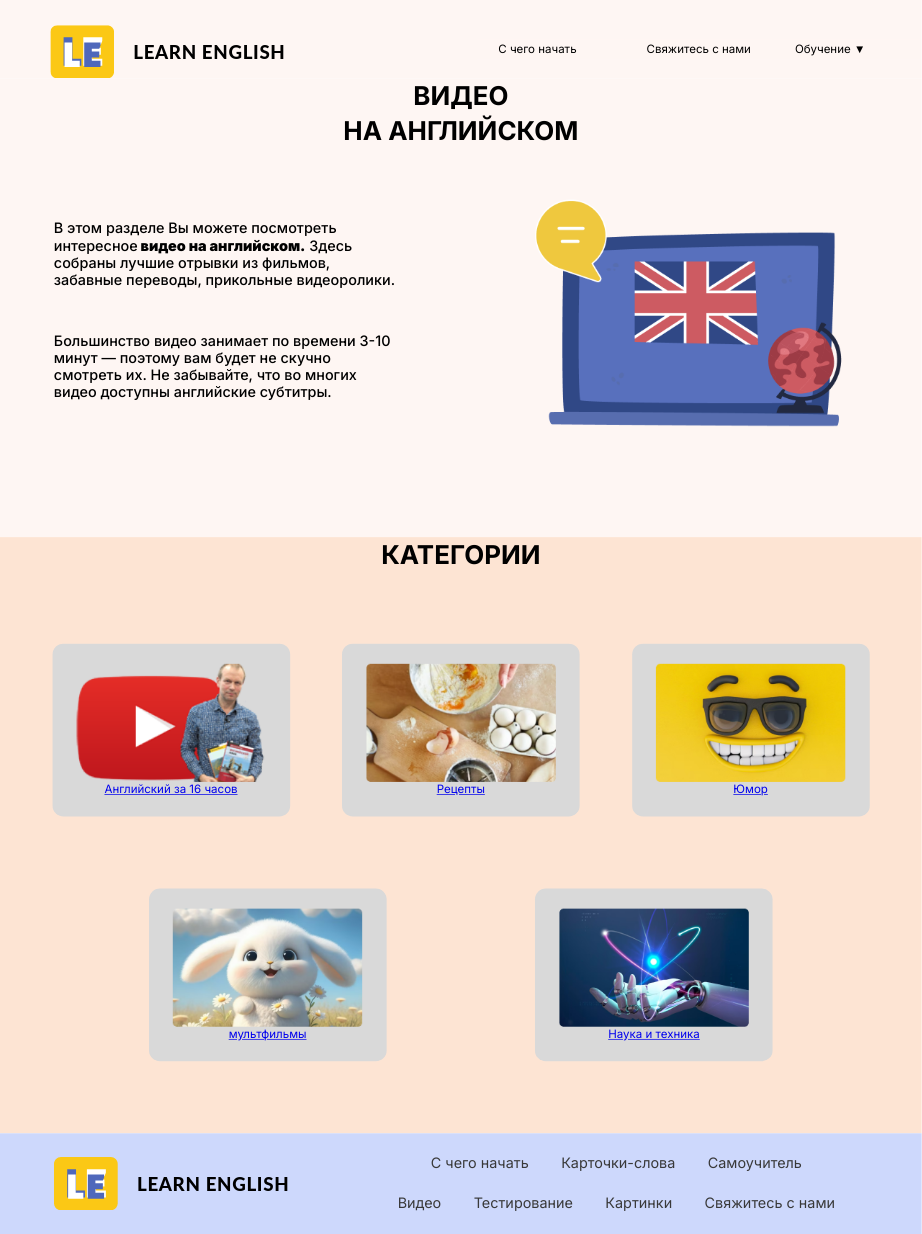
Repository: WladimirVA/Diplom
Page: scool/video.html
The author's editor kept a copy of each file at every save. The page is drawn from the files as they stood at one save, then again after the next save.
The browser window is 1280 px wide. The pictures show the whole page, at 72% of full size.

Above is the page before, as saved 2023-07-20 15:20:35.

### scool/video.html
<!DOCTYPE html>
<html lang="en">
<head>
    <meta charset="UTF-8">
    <meta name="viewport" content="width=device-width, initial-scale=1.0">
    <link href="./css/index.css" rel="stylesheet" type="text/css">
    <link rel="stylesheet" href="./css/video.css" type="text/css">
    <link href="../static/css/fonts.css" rel="stylesheet" type="text/css">
    <link rel="icon" sizes="16x16" href="./img/Vector.svg" type="image/x-icon">
    <title>Learn english</title>
</head>
<body>
    <header class="header" di="HOME">
        <div class="section">
            <div class="section-header">
                <div class="logo">
                    <img src="./img/Vector.svg">
                    <p>Learn english</p>
                </div>
                <div>

                    <ul class="ddropdownn">
                        <li class="ddropdownn-top">
                        <a class="ddropdownn-top" href="./index.html">С чего начать</a>
                        </li>
                        <li class="ddropdownn-top">
                            <a class="ddropdownn-top" href="mailto:dyadichenko_va@mail.ru">Свяжитесь с нами</a>
                        </li>
                        <li class="ddropdownn-top">
                        <a class="ddropdownn-top" href="#">Обучение &#9660;</a>
                            <ul class="ddropdownn-inside">
                                <li><a href="#">Карточки-слова</a></li>
                                <li><a href="#">Самоучитель</a></li>
                                <li><a href="#">Видео</a></li>
                                <li><a href="#">Тестирование</a></li>
                                <li><a href="#">Картинки</a></li>
                            </ul>
                        </li>

                    </ul>
                </div>
            </div>
        </div>
    </header>
    <main>
        <section class="TUTORIAL">
            <div class="section">
                <h1 class="tutorial-h1">видео <br>на английском</h1>
                <div class="content-tutorial">
                    <div class="tutorial-inf">
                        <p>В этом разделе Вы можете посмотреть интересное<span  style="font-weight:900"> видео на английском.</span> Здесь собраны лучшие отрывки из фильмов, забавные переводы, прикольные видеоролики.</p>
                        <p class="tutorial-p">Большинство видео занимает по времени 3-10 минут — поэтому вам будет не скучно смотреть их. Не забывайте, что во многих видео доступны английские субтитры.</p>
                    </div>
                    <div class="tutorial-img">
                        <img src="./img/Frame.png" alt="foto">
                    </div>
                </div>
            </div>
        </section>
        <section class="CATEGORIES">
            <div class="section">
                <div class="content-categories">
                    <div class="categories-text">
                        <h1>Категории</h1>
                    </div>
                </div>
                <div class="categories">
                    <div class="categories1">
                        <div class="information-ang">
                            <img src="./img/Rectangle 172.png" alt="foto">
                            <a href="#">Английский за 16 часов</a>
                        </div>
                        <div class="information-ang">
                            <img src="./img/Rectangle 173.png" alt="foto">
                            <a href="#">Рецепты</a>
                        </div>
                        <div class="information-ang">
                            <img src="./img/Rectangle 174.png" alt="foto">
                            <a href="#">Юмор</a>
                        </div>
                    </div>
                    <div class="categories2">
                        <div class="information-ang">
                            <img src="./img/Rectangle 175.png" alt="foto">
                            <a href="#">мультфильмы</a>
                        </div>
                        <div class="information-ang">
                            <img src="./img/Rectangle 176.png" alt="foto">
                            <a href="#">Наука и техника</a>
                        </div>
                    </div>
                </div>
            </div>
        </section>
    </main>
    <footer class="FOOTER">
        <div class="section">
            <div class="section-footer">
                <div class="logo">
                    <img src="./img/Vector.svg">
                    <p>Learn english</p>
                </div>
                <div class="ddropdownn-footer">
                    <div class="ddropdownn-menu">
                        <ul class="ddropdownn1">
                            <li><a href="./index.html">С чего начать</a></li>
                            <!-- <li><a href="#">Обучение</a></li> -->
                            <li><a href="#">Карточки-слова</a></li>
                            <li><a href="#">Самоучитель</a></li>
                        </ul>
                    </div>
                    <div class="ddropdownn-menu">
                        <ul class="ddropdownn2">
                            <li><a href="#">Видео</a></li>
                            <li><a href="#">Тестирование</a></li>
                            <li><a href="#">Картинки</a></li>
                            <li><a class="link" href="mailto:dyadichenko_va@mail.ru">Свяжитесь с нами</a></li>
                        </ul>
                    </div>
                </div>
            </div>
        </div>
    </footer>
</body>
</html>

### scool/css/index.css
body {
    scroll-behavior: smooth;
    align-items: center;
    width: 100%;
    max-width: 1366px;
    margin: auto;
    font-family: 'Inter', 'Work Sans', "NunitoSans-Light", Arial, Helvetica, sans-serif;
}
* {
    margin: 0;
    padding: 0;
}

.logo {
    display: flex;
    align-items: center;
}

.logo p {
    font-family: Lato;
    font-size: 26px;
    font-weight: 800;
    line-height: 48px;
    letter-spacing: 0.035em;
    text-align: left;
    text-transform: uppercase;
    padding-left: 1em;
}

/* Стили выпадающего списка */
ul.ddropdownn li {/* Считаем координаты относительно исходного места. */
    position: relative; }
ul.ddropdownn, ul.ddropdownn-inside {
    /* Отступы на нуле. */
    padding: 0;
    /* Маркеры уберем. */
    list-style-type: none;
    }
ul.ddropdownn-inside {
    /* Спрячем дочерние элементы выпадающего списка. */
    left: -9999px;
    position: absolute;
    }
ul.ddropdownn li.ddropdownn-top {
    /* Небольшой отступ. */
    margin: 20px 1px 0 0;
    /* Выравнивание по левой стороне. */
    float: left;
    display: inline;
    }
ul.ddropdownn li.ddropdownn-top a {
    /* Делаю элементы блочными. */
    display: block;
    /* Снова отступы. */
    padding: 3px 30px 4px;
    text-decoration: none;
    color: black;
    font-family: Inter;
    width: 145px;
    }
ul.ddropdownn a.ddropdownn-top {/* Цвет фона. */ background: #FEF6F3; } */
ul.ddropdownn a.ddropdownn-top:hover {/* Отступы. */ padding: 13px 20px 4px; }
ul.ddropdownn li.ddropdownn-top:hover .ddropdownn-inside {
    left: 0;
    /* Делаю элементы блочными. */
    display: block;
    }
ul.ddropdownn .ddropdownn-inside {/* Цвет фона. */ background: #FEF6F3; }
ul.ddropdownn .ddropdownn-inside a:hover {/* Цвет фона изменится при наведении. */
    background: #FEF6F3; }


@media screen and (max-width: 745px) {
    .header-nav {
        display: block;
        padding-top: 0px;
    }
}


.section-header {
    display: flex;
    justify-content: space-between;
    background-color: #FEF6F3;
    padding: 35px 0px 0 70px;

}

.BEGINNES {
    background: #FEF6F3;
}

.content-beginners {
    display: flex;
    justify-content: space-between;
}

.beginners-inf {
    padding: 50px 0 0 70px;
}

.beginners-inf h1 {
    font-family: Inter;
    font-size: 44px;
    font-weight: 700;
    line-height: 48px;
    letter-spacing: -0.08em;
    text-align: left;
    text-transform: uppercase;
    letter-spacing: 0.035em;
}

.beginners-img img {
    width: 100%;
    height: auto;
}

.beginners-inf p {
    margin-top: 50px;
}

.content-beginners {
    font-family: Inter;
    font-size: 22px;
    font-weight: 700;
    line-height: 24px;
    letter-spacing: 0em;
    text-align: left;

    font-family: Inter;
    font-size: 22px;
    font-weight: 500;
    line-height: 24px;
    letter-spacing: 0em;
    text-align: left;

    font-family: Inter;
    font-size: 20px;
    font-weight: 500;
    line-height: 24px;
    letter-spacing: 0em;
    text-align: left;
}

.home_ul {
    list-style-type: none;
    padding: 20px 0 20px 0;
}

.check {
    margin-left: 15px;
}

.button_home {
    font-family: Inter;
    font-size: 20px;
    font-weight: 700;
    line-height: 24px;
    letter-spacing: 0em;
    text-align: center;
    background:#FBC815;
    border-style: none;
    border-radius: 25px;
    width: 257px;
    height: 56px;
}

.LEARNING {
    background: #FDE4D3;
}

.learning {
    display: flex;
    justify-content: space-evenly;
}

.img-learning img {
    width: 100%;
    height: auto;
}

.content-learning h1 {
    text-align: center;
    text-transform: uppercase;
    font-family: Inter;
    font-size: 36px;
    font-weight: 700;
    line-height: 48px;
    letter-spacing: 0em;
    text-align: center;
    padding-top: 65px;

}

.popular {
    margin-left: 20px;
}

.learning-text {
    max-width: 550px;
    margin-top: 50px;
}

.learning-text p {
    font-family: Inter;
    font-size: 20px;
    font-weight: 500;
    line-height: 24px;
    letter-spacing: 0em;
    text-align: left;
}

.learning-text-img {
    margin-top: 60px;
}

.learning-text-img p {
    margin: -38px 0 0 20px;
}

.INFORMATION {
    background: #4F68BB;
    height: 1275px;
}

.information-text {
    text-align: center;
    color: #FFFFFF;
    /* max-width: 932px; */
}


.content-information h1 {
    font-family: Inter;
    font-size: 36px;
    font-weight: 700;
    line-height: 48px;
    letter-spacing: 0em;
    text-align: center;
    text-transform: uppercase;
    padding: 60px 0 50px 0;
}

.content-information p {
    font-family: Inter;
    font-size: 24px;
    font-weight: 700;
    line-height: 32px;
    letter-spacing: 0em;
    text-align: center;
}


.information1 {
    color: #FFFFFF;
    height: 400px;
    text-align: center;
    display: flex;
    justify-content: space-around;
    margin: 60px 0 0 0;
}

.information1 p {
    max-width: 270px;
}

.information1 h3 {
    padding: 65px 0 50px 0;
}

.information2 {
    color: #FFFFFF;
    height: 400px;
    text-align: center;
    margin: 60px 0 0 0;
    display: flex;
    justify-content: space-evenly;
}

.information2 p {
    max-width: 270px;
}
.information2 h3 {
    padding: 65px 0 50px 0;
}

.buttton-inf1 {
    margin-top: 39px;
}
.buttton-inf2 {
    margin-top: 95px;
}
.buttton-inf3 {
    margin-top: 55px;
}
.buttton-inf4 {
    padding-top: 63px;
}
.buttton-inf5 {
    padding-top: 25px;
}

.TRANING {
    background:rgba(251, 205, 166, 1);
    height: 345px;
}

.training {
    display: flex;
    align-items: center;
    justify-content: space-evenly;
}

.training-inf {
    display: block;
    text-align: center;
}

.training-inf p {
    font-family: Inter;
    font-size: 36px;
    font-weight: 700;
    line-height: 48px;
    letter-spacing: 0em;
    text-align: center;
}

.buttton-training1 {
    padding-top: 45px;
}

.buttton-training {
    color: #FFFFFF;
    font-family: Inter;
    font-size: 20px;
    font-weight: 700;
    line-height: 24px;
    letter-spacing: 0em;
    text-align: center;
   background: rgba(240, 63, 90, 1);
}

.training-img {
    margin-top: -60px;
}

.FOOTER {
    background:rgba(205, 216, 252, 1);
    height: 140px;
    align-items: center;
    display: grid;
    justify-items: stretch;
}

.section-footer {
    display: flex;
    justify-content: space-around
}

.ddropdownn-footer {
    display: flex;
    flex-direction: column;
    align-items: center;
}

.ddropdownn-menu {
    display: flex;
}

.ddropdownn1, .ddropdownn2 {
    display: flex;
    font-family: Inter;
    font-size: 20px;
    font-weight: 400;
    line-height: 16px;
    letter-spacing: 0em;
    text-align: left;
    list-style-type:none;

}

.ddropdownn2 {
    margin: 40px 0 0 0;
}

.ddropdownn-footer li{
    padding: 0 45px 0 0;
}

.ddropdownn-footer a {
    text-decoration: none;
    color: rgba(57, 57, 57, 1);
    ;
}

### scool/css/video.css
.TUTORIAL {
    background: rgba(254, 246, 243, 1);
}

h1 {
    text-align: center;
    font-family: Inter;
    font-size: 36px;
    font-weight: 700;
    line-height: 48px;
    letter-spacing: 0em;
    text-align: center;
    text-transform: uppercase;
}

.content-tutorial {
    display: flex;
    justify-content: space-around;
    padding: 60px 0 150px 0;
}

.tutorial-inf {
    max-width: 475px;
    font-family: Inter;
    font-size: 20px;
    font-weight: 500;
    line-height: 24px;
    letter-spacing: 0em;
    text-align: left;
    margin: 40px 0 0 0;

}

.tutorial-p {
    margin: 60px 0 0 0;
}

.CATEGORIES {
    background: rgba(253, 228, 211, 1);
}

.categories1, .categories2 {
    display: flex;
    justify-content: space-evenly;
}

.information-ang {
    display: flex;
    flex-direction: column;
    align-items: center;
    justify-content: center;
    width: 330px;
    height: 240px;
    background: rgba(217, 217, 217, 1);
    border-radius: 15px;
}

.categories2 {
    padding: 100px 0 100px 0;
}

.categories1 {
    padding: 100px 0 0 0;
}

### static/css/fonts.css
/* @import url('https://fonts.googleapis.com/css2?family=Work+Sans:ital,wght@0,600;0,800;1,800&display=swap'); */


/* @import url('https://fonts.googleapis.com/css2?family=Inter:wght@400;500;600;700;800&family=Work+Sans:ital,wght@0,600;0,800;1,800&display=swap'); */


@import url('https://fonts.googleapis.com/css2?family=Inter:wght@100;200;300;400;500;600;700;800;900&display=swap');

@import url('https://fonts.googleapis.com/css2?family=Inter:wght@100;200;300;400;500;600;700;800;900&family=Work+Sans:ital,wght@0,100;0,200;0,300;0,400;0,500;0,600;0,700;0,800;0,900;1,100;1,200;1,300;1,400;1,500;1,600;1,700;1,800;1,900&display=swap');

After the next save:
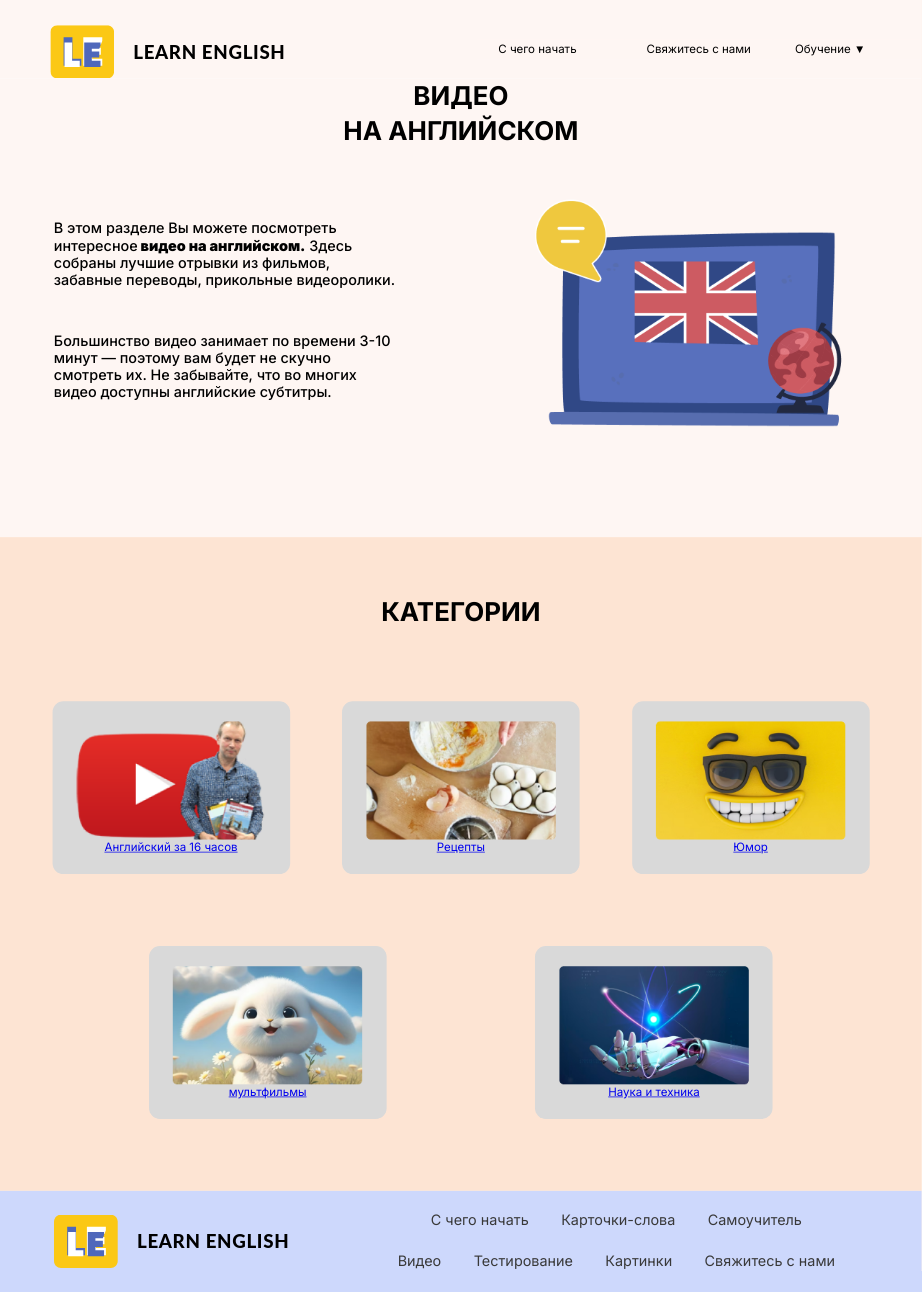
Saved 65 s later.
--- a/scool/css/video.css
+++ b/scool/css/video.css
@@ -39,6 +39,10 @@ h1 {
     background: rgba(253, 228, 211, 1);
 }
 
+.content-categories {
+    padding-top: 80px;
+}
+
 .categories1, .categories2 {
     display: flex;
     justify-content: space-evenly;
